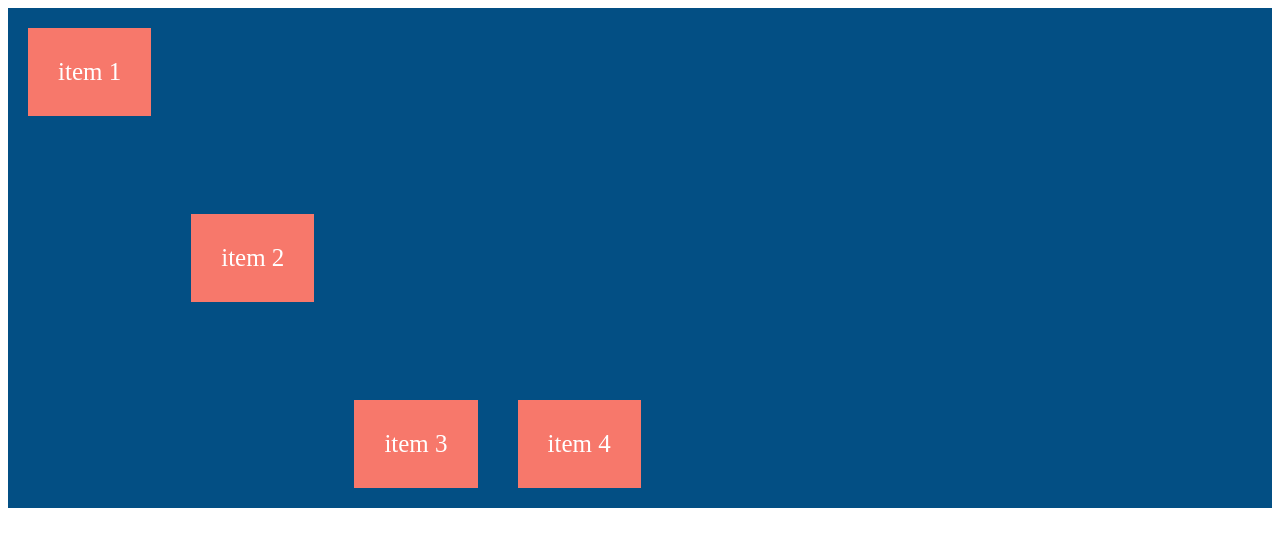
Repository: mehmetbuber38/flex
Page: flex-item-alignments.html
These files come from the project's save history. The page is drawn as it stood at one moment and after the next save; the edit follows.
The browser window is 1280 px wide. The pictures show the whole page.

Above is the page before, as saved 2022-01-31 20:22:51.

### flex-item-alignments.html
<!DOCTYPE html>
<html lang="en">

<head>
    <meta charset="UTF-8">
    <meta http-equiv="X-UA-Compatible" content="IE=edge">
    <meta name="viewport" content="width=device-width, initial-scale=1.0">
    <title>Flex Container</title>
</head>
<style>
    .container {
        display: flex;
        /* flex-direction: column; */

        align-items: flex-end;







        height: 500px;
        background-color: #034f84;

    }

    .item-1 {

        align-self: flex-start;
    }

    .item-2 {
        align-self: center;
    }

    .item {
        background-color: #f7786b;
        padding: 30px;
        margin: 20px;
        color: #fff;
        font-size: 25px;
    }
</style>

<body>
    <div class="container">
        <div class="item item-1">item 1</div>
        <div class="item item-2">item 2</div>
        <div class="item item-3">item 3</div>
        <div class="item item-4">item 4</div>

    </div>

</body>

</html>

After the next save:
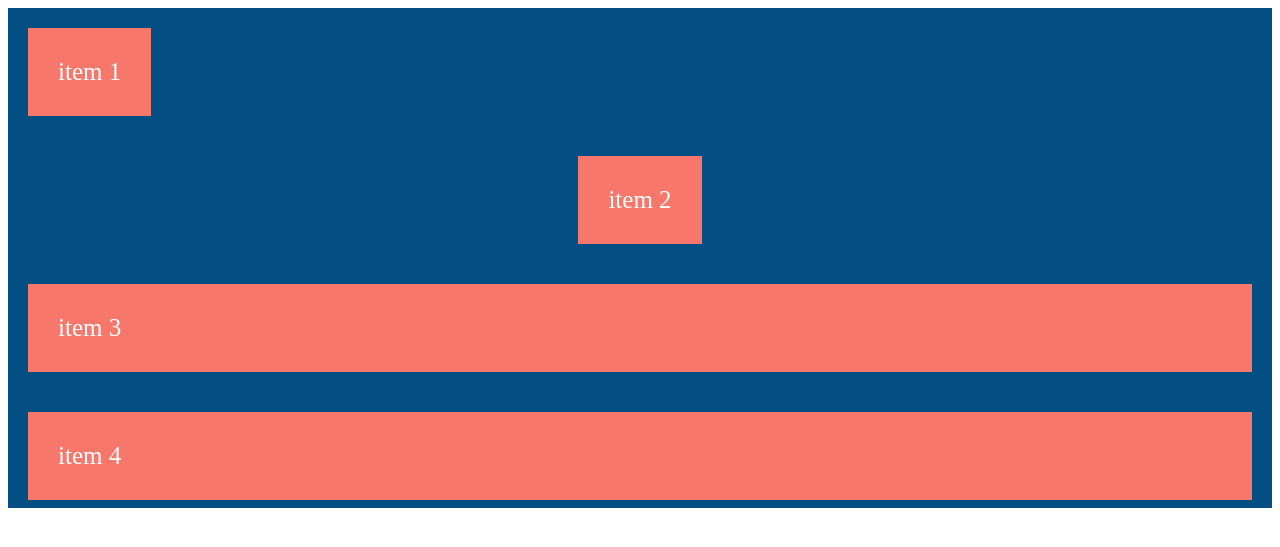
Saved 70 s later.
--- a/flex-item-alignments.html
+++ b/flex-item-alignments.html
@@ -10,9 +10,9 @@
 <style>
     .container {
         display: flex;
-        /* flex-direction: column; */
+        flex-direction: column;
 
-        align-items: flex-end;
+        /* align-items: flex-end; */
 
 
 
